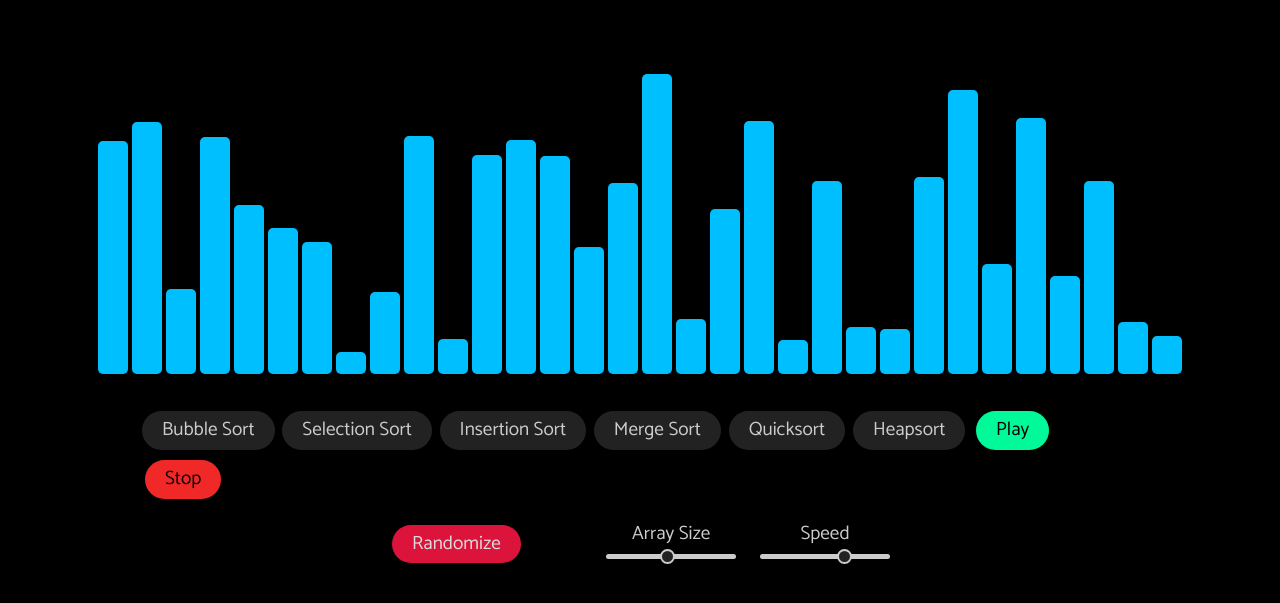
Repository: sneha1010/Sorting-visualizer
Page: index.html
An editor plug-in stored every save of this project. The page is shown before and after the next save, followed by the edit.
The browser window is 1280 px wide. The pictures show the whole page.

Above is the page before, as saved 2022-06-14 16:56:39.

After the next save:
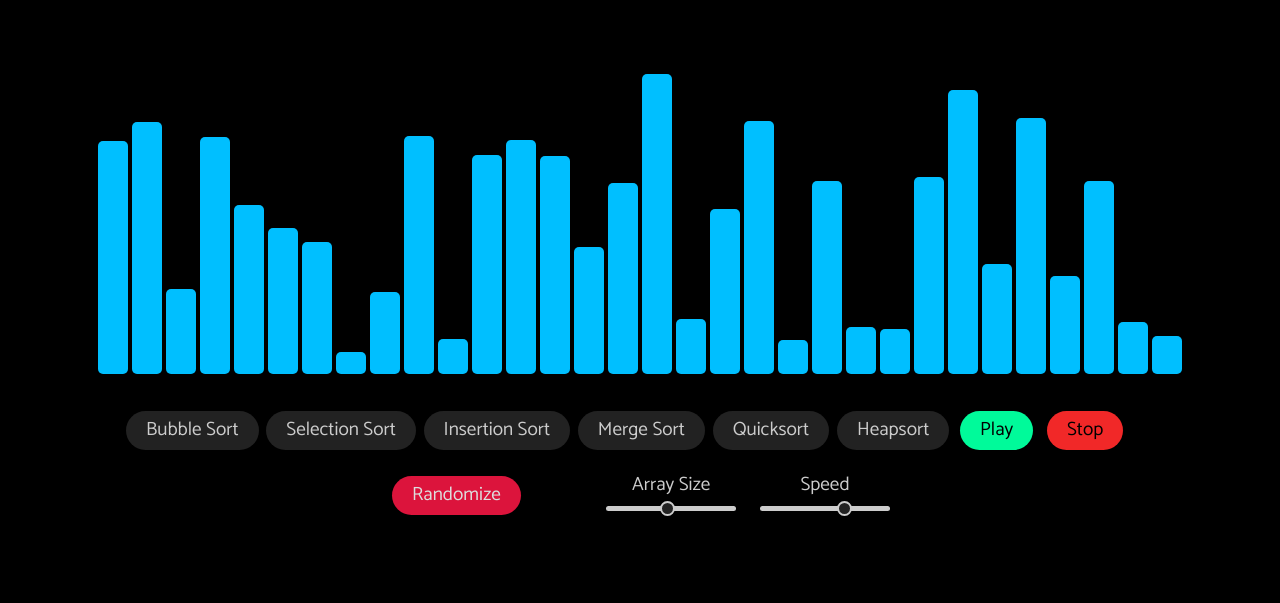
Saved 48 s later.
--- a/assets/style.css
+++ b/assets/style.css
@@ -51,7 +51,7 @@
 }
 
 #algo-container {
-    max-width: 1000px;
+    max-width: 1032px;
     margin: 0.5em auto;
 }
 
